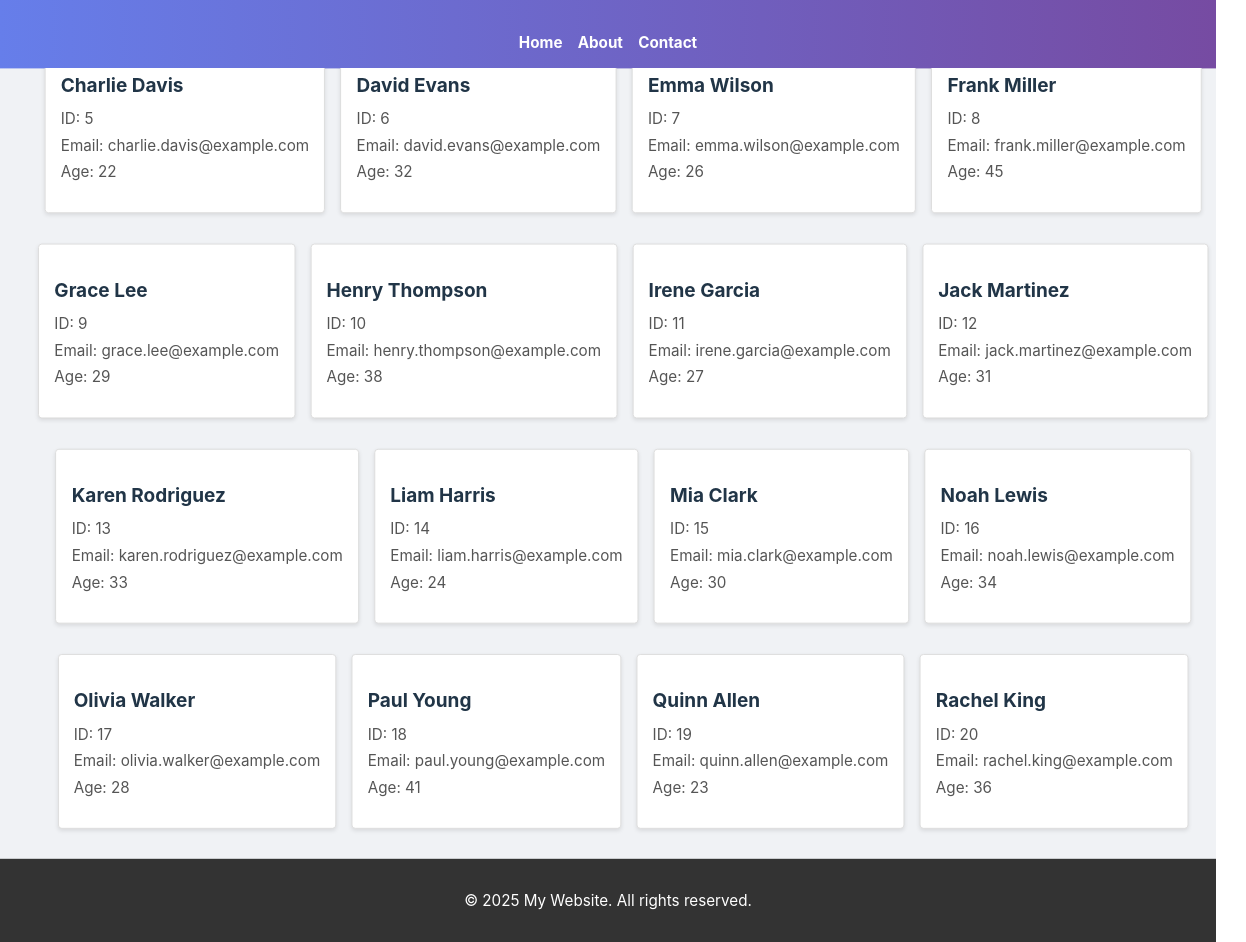
Repository: PhilLeGoff/first-react-page
Page: /
An editor plug-in stored every save of this project. The page is shown before and after a run of saves, followed by the edit.
The browser window is 1280 px wide. The page is 1312 px wide, so the pictures cover 1312 px, including what lies to the right of the window. The pictures show the whole page, at 95% of full size.
An inner scrolling area shows only its first screen. The project was rebuilt for these pictures with package versions that can differ from the ones it lists, and the page was loaded fresh each time. Also part of the build but not shown: vite.config.ts.

Above is the page before, as saved 2025-02-17 15:38:47.

After the next 2 saves:
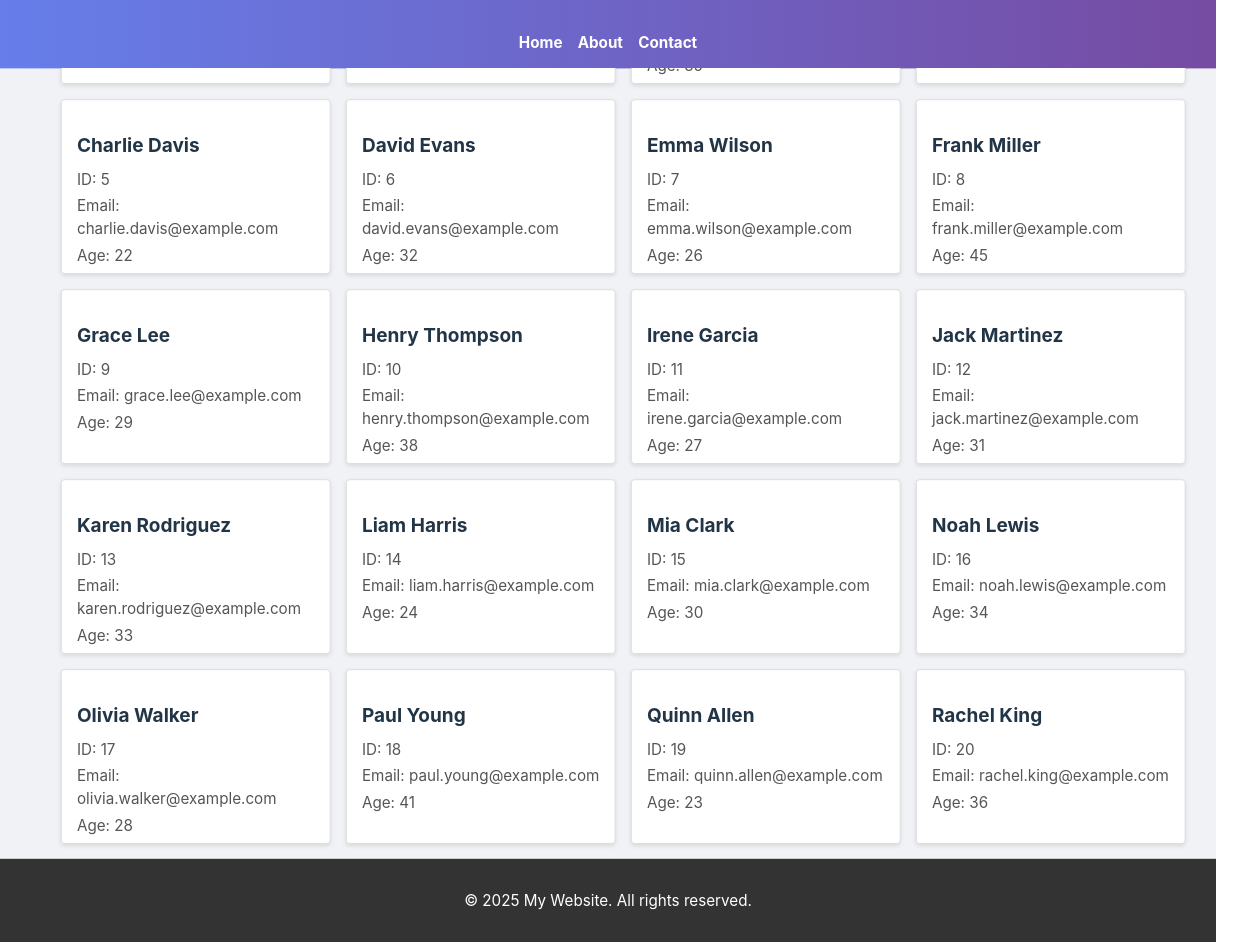
The 2 saves are shown as one change because they came seconds apart.
The last was saved 7 s later.
--- a/src/components/UserCard.css
+++ b/src/components/UserCard.css
@@ -1,14 +1,13 @@
 /* src/components/UserCard.css */
-
 .user-card {
   padding: 1rem;
   border: 1px solid #ddd;
   border-radius: 4px;
   box-shadow: 0 2px 5px rgba(0, 0, 0, 0.1);
   background-color: #fff;
-  margin-bottom: 1rem;
   transition: transform 0.2s ease;
-  height: 150px
+  height: 150px;
+  width: 250px;
 }
 
 .user-card:hover {
